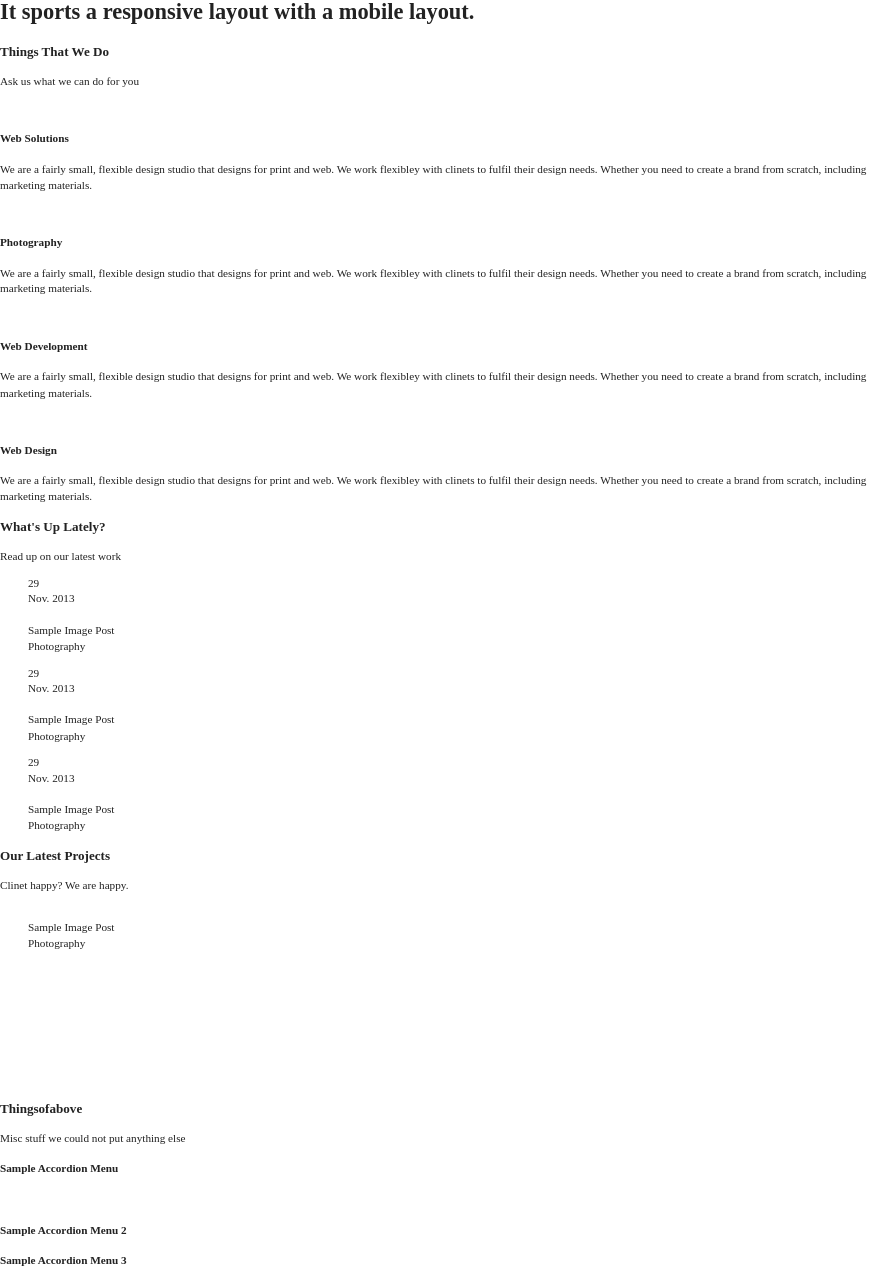
Repository: claudiashin/metrolics
Page: index.html
These files come from the project's save history. The page is drawn as it stood at one moment and after a run of saves; the edit follows.
The browser window is 1280 px wide. The pictures show the part of the page from y = 749 to 2669 px (the page is 2582 px tall before and 2669 px after), at 70% of full size.

Above is the page before, as saved 2021-01-27 16:13:56.

### index.html
<!doctype html>
<html class="no-js" lang="EN">

<head>
  <meta charset="utf-8">
  <title>MDIA 2003 Lab 3</title>
  <meta name="description" content="">
  <meta name="viewport" content="width=device-width, initial-scale=1">

  <link rel="manifest" href="site.webmanifest">
  <link rel="apple-touch-icon" href="icon.png">
  <!-- Place favicon.ico in the root directory -->

  <link rel="stylesheet" href="css/normalize.css">
  <link rel="stylesheet" href="css/main.css">
</head>

<body>
  <header class="page_header">
    <div class="logo">
      <div><h1>Metrolics</h1></div>
      <div class="logoimg"><img src=""></div>
    </div>
  </header>

  <nav class="page_nav">
    <div class="nav_container">
      <div class="nav_icon">
        <div><img src=""></div>
        <p>Home</p>
      </div>
      <div class="nav_icon">
        <div><img src=""></div>
        <p>Pages</p>
      </div><div class="nav_icon">
        <div><img src=""></div>
        <p>Blog</p>
      </div><div class="nav_icon">
        <div><img src=""></div>
        <p>Portfolio</p>
      </div><div class="nav_icon">
        <div><img src=""></div>
        <p>Home</p>
      </div>
    </div>
  </nav>

  <section class="main_container">
    <div class="hero_img">
      <img src="">
    </div>
    <div class="">
      <h2>Metro Style</h2>
      <h2>Retina Ready</h2>
      <h2>Responsive Design</h2>
    </div>
  </section>

  <section class="main_container">
    <div>
      <h1>Hey Guys! This is the <span class="textcol">Metrolics</span> theme.<br>It sports a responsive layout with a mobile layout.</h1>
    </div>
  </section>

  <section class="main_container">
    <div class="container">
      <h3>Things That We Do</h3>
      <p>Ask us what we can do for you</p>
    </div>
    <div class="container">
      <div class="container_feature">
        <div class="feature_img">
          <img src="">
        </div>
        <div><h4>Web Solutions</h4></div>
        <div><p>We are a fairly small, flexible design studio that designs for print
          and web. We work flexibley with clinets to fulfil their design needs. Whether
          you need to create a brand from scratch, including marketing materials.
        </p></div>
      </div>
    </div>
    <div class="container">
      <div class="container_feature">
        <div class="feature_img">
          <img src="">
        </div>
        <div><h4>Photography</h4></div>
        <div><p>We are a fairly small, flexible design studio that designs for print
          and web. We work flexibley with clinets to fulfil their design needs. Whether
          you need to create a brand from scratch, including marketing materials.
        </p></div>
      </div>
    </div><div class="container">
      <div class="container_feature">
        <div class="feature_img">
          <img src="">
        </div>
        <div><h4>Web Development</h4></div>
        <div><p>We are a fairly small, flexible design studio that designs for print
          and web. We work flexibley with clinets to fulfil their design needs. Whether
          you need to create a brand from scratch, including marketing materials.
        </p></div>
      </div>
    </div><div class="container">
      <div class="container_feature">
        <div class="feature_img">
          <img src="">
        </div>
        <div><h4>Web Design</h4></div>
        <div><p>We are a fairly small, flexible design studio that designs for print
          and web. We work flexibley with clinets to fulfil their design needs. Whether
          you need to create a brand from scratch, including marketing materials.
        </p></div>
      </div>
    </div>
  </section>

  <section class="main_container">
    <div class="container">
      <h3>What's Up Lately?</h3>
      <p>Read up on our latest work</p>
    </div>
    <div class="container">
      <figure>
        <figcaption>29 <br> Nov. 2013</figcaption>
        <img src="" value="">
        <figcaption>Sample Image Post <br> Photography</figcaption>
      </figure>
    </div>
    <div class="container">
      <figure>
        <figcaption>29 <br> Nov. 2013</figcaption>
        <img src="" value="">
        <figcaption>Sample Image Post <br> Photography</figcaption>
      </figure>
    </div>
    <div class="container">
      <figure>
        <figcaption>29 <br> Nov. 2013</figcaption>
        <img src="" value="">
        <figcaption>Sample Image Post <br> Photography</figcaption>
      </figure>
    </div>
  </section>

  <section class="main_container">
    <div class="container">
      <h3>Our Latest Projects </h3>
      <p>Clinet happy? We are happy.</p>
    </div>
    <div class="container">
      <figure>
        <img src="" value="">
        <figcaption>Sample Image Post <br> Photography</figcaption>
      </figure>
    </div>
    <div class="container">
      <figure>
        <img src="" value="">
      </figure>
    </div>
    <div class="container">
      <figure>
        <img src="" value="">
      </figure>
    </div>
    <div class="container">
      <figure>
        <img src="" value="">
      </figure>
    </div>
    <div class="container">
      <figure>
        <img src="" value="">
      </figure>
    </div>
    <div class="container">
      <figure>
        <img src="" value="">
      </figure>
    </div>
  </section>

  <section class="main_container">
    <div class="container">
      <h3>Thingsofabove </h3>
      <p>Misc stuff we could not put anything else</p>
    </div>
    <div class="container">
      <div class="items">
        <h4>Sample Accordion Menu</h4>
      </div>
      <div class="items">
        <div class="items_contents">
          <img src="">
        </div>
        <div class="itmes_contents">
          <h4></h4>
        </div>
      </div>
      <div class="items">
        <h4>Sample Accordion Menu 2</h4>
      </div>
      <div class="items">
        <h4>Sample Accordion Menu 3</h4>
      </div>
    </div>

    <div class="container">

    </div>



  </section>

  <footer>

  </footer>
</body>

</html>

### css/main.css
/*! HTML5 Boilerplate v8.0.0 | MIT License | https://html5boilerplate.com/ */

/* main.css 2.1.0 | MIT License | https://github.com/h5bp/main.css#readme */
/*
 * What follows is the result of much research on cross-browser styling.
 * Credit left inline and big thanks to Nicolas Gallagher, Jonathan Neal,
 * Kroc Camen, and the H5BP dev community and team.
 */

/* ==========================================================================
   Base styles: opinionated defaults
   ========================================================================== */

html {
  color: #222;
  font-size: 1em;
  line-height: 1.4;
}

/*
 * Remove text-shadow in selection highlight:
 * https://twitter.com/miketaylr/status/12228805301
 *
 * Vendor-prefixed and regular ::selection selectors cannot be combined:
 * https://stackoverflow.com/a/16982510/7133471
 *
 * Customize the background color to match your design.
 */

::-moz-selection {
  background: #b3d4fc;
  text-shadow: none;
}

::selection {
  background: #b3d4fc;
  text-shadow: none;
}

/*
 * A better looking default horizontal rule
 */

hr {
  display: block;
  height: 1px;
  border: 0;
  border-top: 1px solid #ccc;
  margin: 1em 0;
  padding: 0;
}

/*
 * Remove the gap between audio, canvas, iframes,
 * images, videos and the bottom of their containers:
 * https://github.com/h5bp/html5-boilerplate/issues/440
 */

audio,
canvas,
iframe,
img,
svg,
video {
  vertical-align: middle;
}

/*
 * Remove default fieldset styles.
 */

fieldset {
  border: 0;
  margin: 0;
  padding: 0;
}

/*
 * Allow only vertical resizing of textareas.
 */

textarea {
  resize: vertical;
}

/* ==========================================================================
   Author's custom styles
   ========================================================================== */

/* ==========================================================================
   Helper classes
   ========================================================================== */

/*
 * Hide visually and from screen readers
 */

.hidden,
[hidden] {
  display: none !important;
}

/*
 * Hide only visually, but have it available for screen readers:
 * https://snook.ca/archives/html_and_css/hiding-content-for-accessibility
 *
 * 1. For long content, line feeds are not interpreted as spaces and small width
 *    causes content to wrap 1 word per line:
 *    https://medium.com/@jessebeach/beware-smushed-off-screen-accessible-text-5952a4c2cbfe
 */

.sr-only {
  border: 0;
  clip: rect(0, 0, 0, 0);
  height: 1px;
  margin: -1px;
  overflow: hidden;
  padding: 0;
  position: absolute;
  white-space: nowrap;
  width: 1px;
  /* 1 */
}

/*
 * Extends the .sr-only class to allow the element
 * to be focusable when navigated to via the keyboard:
 * https://www.drupal.org/node/897638
 */

.sr-only.focusable:active,
.sr-only.focusable:focus {
  clip: auto;
  height: auto;
  margin: 0;
  overflow: visible;
  position: static;
  white-space: inherit;
  width: auto;
}

/*
 * Hide visually and from screen readers, but maintain layout
 */

.invisible {
  visibility: hidden;
}

/*
 * Clearfix: contain floats
 *
 * For modern browsers
 * 1. The space content is one way to avoid an Opera bug when the
 *    `contenteditable` attribute is included anywhere else in the document.
 *    Otherwise it causes space to appear at the top and bottom of elements
 *    that receive the `clearfix` class.
 * 2. The use of `table` rather than `block` is only necessary if using
 *    `:before` to contain the top-margins of child elements.
 */

.clearfix::before,
.clearfix::after {
  content: " ";
  display: table;
}

.clearfix::after {
  clear: both;
}

/* ==========================================================================
   EXAMPLE Media Queries for Responsive Design.
   These examples override the primary ('mobile first') styles.
   Modify as content requires.
   ========================================================================== */

@media only screen and (min-width: 35em) {
  /* Style adjustments for viewports that meet the condition */
}

@media print,
  (-webkit-min-device-pixel-ratio: 1.25),
  (min-resolution: 1.25dppx),
  (min-resolution: 120dpi) {
  /* Style adjustments for high resolution devices */
}

/* ==========================================================================
   Print styles.
   Inlined to avoid the additional HTTP request:
   https://www.phpied.com/delay-loading-your-print-css/
   ========================================================================== */

@media print {
  *,
  *::before,
  *::after {
    background: #fff !important;
    color: #000 !important;
    /* Black prints faster */
    box-shadow: none !important;
    text-shadow: none !important;
  }

  a,
  a:visited {
    text-decoration: underline;
  }

  a[href]::after {
    content: " (" attr(href) ")";
  }

  abbr[title]::after {
    content: " (" attr(title) ")";
  }

  /*
   * Don't show links that are fragment identifiers,
   * or use the `javascript:` pseudo protocol
   */
  a[href^="#"]::after,
  a[href^="javascript:"]::after {
    content: "";
  }

  pre {
    white-space: pre-wrap !important;
  }

  pre,
  blockquote {
    border: 1px solid #999;
    page-break-inside: avoid;
  }

  /*
   * Printing Tables:
   * https://web.archive.org/web/20180815150934/http://css-discuss.incutio.com/wiki/Printing_Tables
   */
  thead {
    display: table-header-group;
  }

  tr,
  img {
    page-break-inside: avoid;
  }

  p,
  h2,
  h3 {
    orphans: 3;
    widows: 3;
  }

  h2,
  h3 {
    page-break-after: avoid;
  }
}

Loaded but not shown: css/normalize.css (library)

After the next 3 saves:
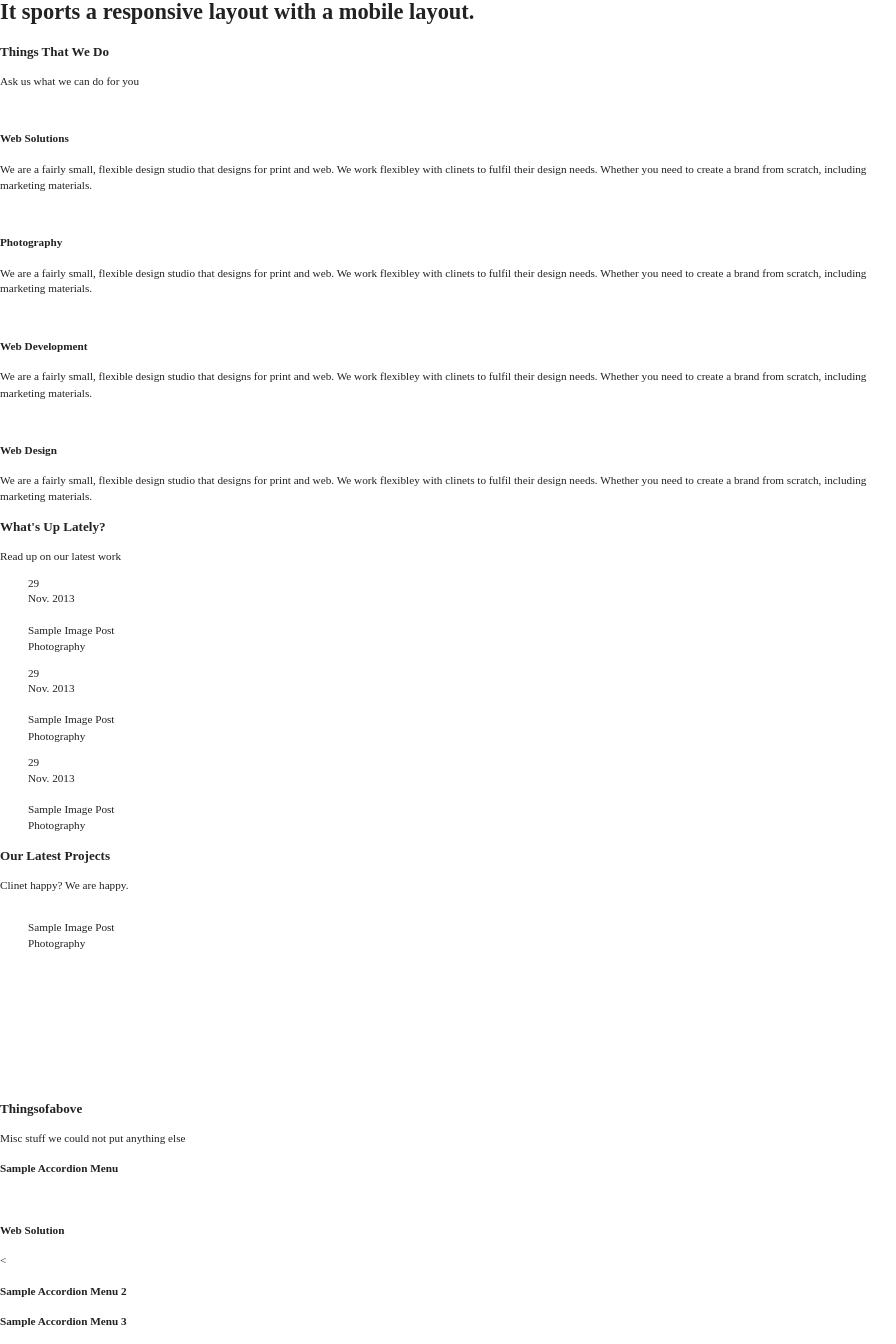
The 3 saves are shown as one change because they came seconds apart.
The last was saved 9 s later.
--- a/index.html
+++ b/index.html
@@ -195,7 +195,8 @@
           <img src="">
         </div>
         <div class="itmes_contents">
-          <h4></h4>
+          <h4>Web Solution</h4>
+          <
         </div>
       </div>
       <div class="items">
